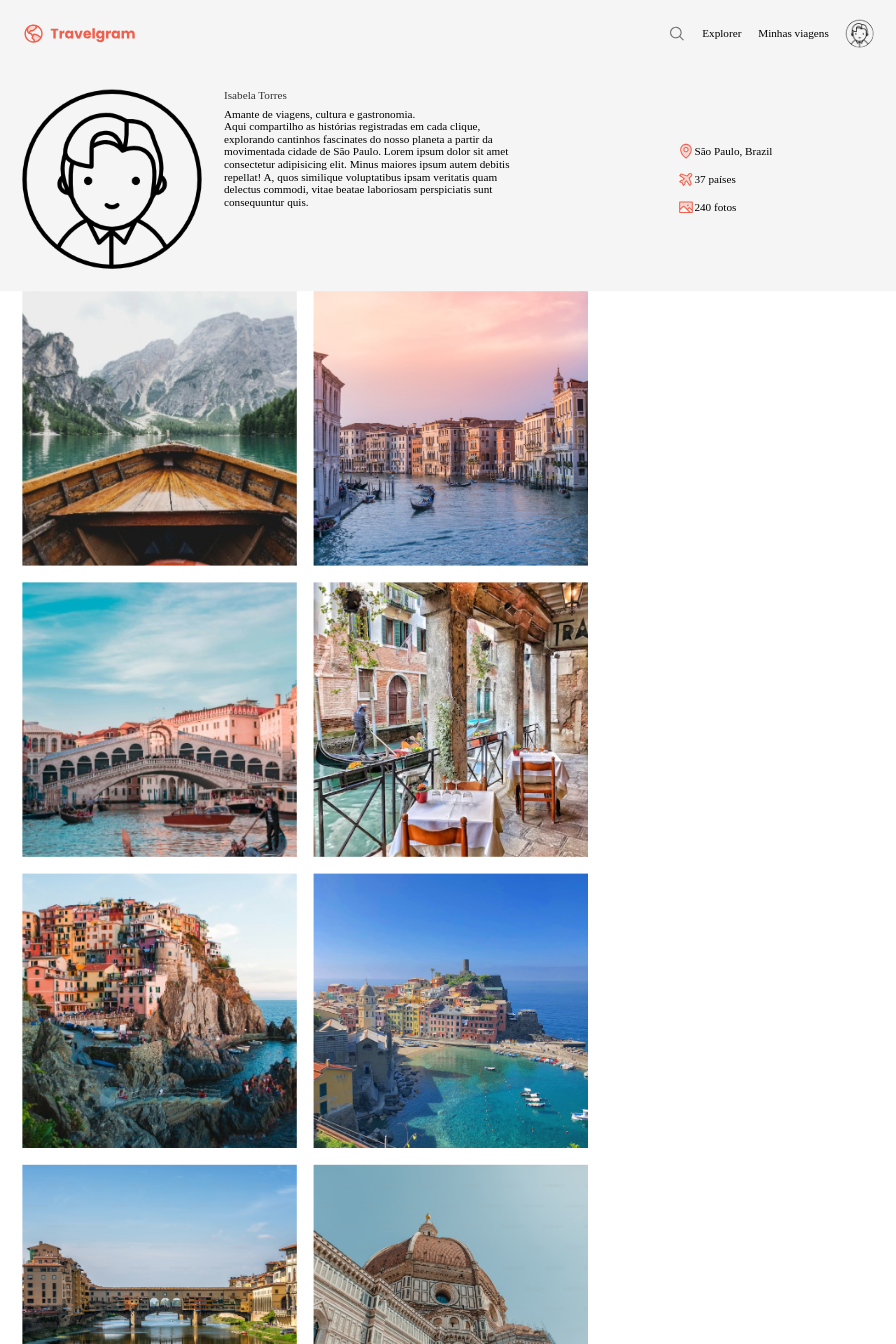
Repository: JeffRodFer/projeto-Travelgran-Rockeseat
Page: index.html
The author's editor kept a copy of each file at every save. The page is drawn from the files as they stood at one save, then again after a run of saves.
The browser window is 1280 px wide. The pictures show the part of the page from y = 0 to 1920 px (the page is 3720 px tall before and 2376 px after), at 70% of full size.

Above is the page before, as saved 2025-03-22 17:03:55.

### index.html
<!DOCTYPE html>
<html lang="pt-br">
    <head>

        <link rel="preconnect" href="https://fonts.googleapis.com">
        <link rel="preconnect" href="https://fonts.gstatic.com" crossorigin>
        <meta charset="UTF-8">
        <meta name="viewport" content="width=device-width, initial-scale=1.0">
        <title>travelgran | Perfil de viagens</title>
        <link rel="stylesheet" href="styles/index.css">
        <link href="https://fonts.googleapis.com/css2?family=Bree+Serif&family=Poppins:wght@400;700&display=swap" rel="stylesheet">

    </head>
    <body>
         <div class="bg-surface-color">
                <nav class="container">
                        <a href="#" id="logo">
                        <img src="assets/Logo.svg" alt="logomarca">
                        </a>
                    <ul id="primary-menu">
                        <li>
                            <a href="#">
                                <img src="assets/icons/MagnifyingGlass.svg" alt="ícone de lupa">
                            </a>
                        </li>
                        <li><a href="#">Explorer</a></li>
                        <li><a href="#">Minhas viagens</a></li>
                        <li><a href="#">
                            <img src="assets/profi-pic-2.png" alt="foto de perfil do boy">
                            </a>
                        </li>
                    </ul
                    </nav>
         </div>
         <div class="bg-surface-color">
                <header>
                    <div class="container">
                        <div id="profile">
                            <img src="assets/profi-pic-2.png" alt="imagem do boy">
                             <div>
                                    <h1>Isabela Torres</h1>
                                    <p>
                                        Amante de viagens, cultura e gastronomia.<br> Aqui compartilho as histórias registradas em cada clique, explorando cantinhos fascinates do nosso planeta a partir da movimentada cidade de São Paulo. Lorem ipsum dolor sit amet consectetur adipisicing elit. Minus maiores ipsum autem debitis repellat! A, quos similique voluptatibus ipsam veritatis quam delectus commodi, vitae beatae laboriosam perspiciatis sunt consequuntur quis.
                                    </p>
                             </div>
                        </div>
                            <ul id="info">
                                <li>
                                    <img src="assets/icons/MapPin.svg" alt="ícone de mapa">
                                    <span>São Paulo, Brazil</span>
                                </li>
                                <li>
                                    <img src="assets/icons/AirplaneTilt.svg" alt="ícone de avião">
                                    <span>37 países</span>
                                </li>
                                <li>
                                    <img src="assets/icons/Image.svg" alt="ícone de fotos">
                                    <span>240 fotos</span>
                                </li>
                            </ul>
                    </div>
                </header>
        </div>
        <main class="container">
            <img src="assets/images/Image 01.png" alt="...">
            <img src="assets/images/Image 02.png" alt="...">
            <img src="assets/images/Image 03.png" alt="...">
            <img src="assets/images/Image 04.png" alt="...">
            <img src="assets/images/Image 05.png" alt="...">
            <img src="assets/images/Image 06.png" alt="...">
            <img src="assets/images/Image 07.png" alt="...">
            <img src="assets/images/Image 08.png" alt="...">
            <img src="assets/images/Image 09.png" alt="...">
            <img src="assets/images/Image 10.png" alt="...">
            <img src="assets/images/Image 11.png" alt="...">
            <img src="assets/images/Image 12.png" alt="...">
            <img src="assets/images/Image 13.png" alt="...">
            <img src="assets/images/Image 14.png" alt="...">
            <img src="assets/images/Image 15.png" alt="...">
        </main>
    </body>


</html>

### styles/global.css
* {
    margin: 0;
    padding: 0;
    box-sizing: border-box;
}
:root {
--brand-color: #ef5f4c;
--background-color: #ffffff;
--surface-color: #f5f5f5;
--skeleton-color: #d9d9d9;
--shape-transparent: #ffffff8f;
--text-color-primary: #313131;
--text-color-secondary: #6c6c6c:

--font-family: "Poppins" , sans-serif;
--text-lg: bold 32px/125% var(--font-family);
--text: 16px/1.5 var(--font-family);
--text-md: 14px/170% var(--font-family);
--text-sm: 12px/170% var(--font-family);

}
body {
    font: var(--text);
    color: var(--text-color-secondary);
    background-color: var(--background-color);
}
a {
    text-decoration: none;
    color: inherit;
}
a:hover {
    color: var(--brand-color);
    text-decoration: underline;
}

.container {
    padding-inline: 32px;
    margin-inline: auto;
}

.bg-surface-color {
    background-color: var(--surface-color);
}

### styles/nav.css
nav {
    display: flex;
    justify-content: space-between;
    align-items: center;

    line-height: 0;
    padding-block: 20px;

}

nav ul {
    display: flex;
    list-style: none;
    align-items: center;
    gap: 24px;

    padding-block: 8px;;
}

nav ul li:last-child img {
    width: 40px;
    height: 40px;
    object-fit: cover;
    border-radius: 50%;
}

### styles/header.css
header {
    padding-block: 32px;

    font: var(--text-md);

}

header .container {
    display: flex;
    justify-content: space-between;
    align-items: center;
}

#profile {
    display: flex;
    gap: 32px;
}

#profile > div {
    max-width: 420px;
}

#profile h1 {
    font: var(--text-lg);
    color: var(--text-color-primary);
    margin-bottom: 8px;
}

#info {
    display: flex;
    flex-direction: column;
    gap: 16px;

    width: 280px;
}
#info li {
    display: flex;
    align-items: center;
}

### styles/main.css
main {
    display: flex;
    flex-wrap: wrap;
    gap: 24px 24px;
}
main img {
    width: 392px;
    height: 392px;
    object-fit: cover;

}

Loaded but not shown: styles/index.css (common file)

After the next 4 saves:
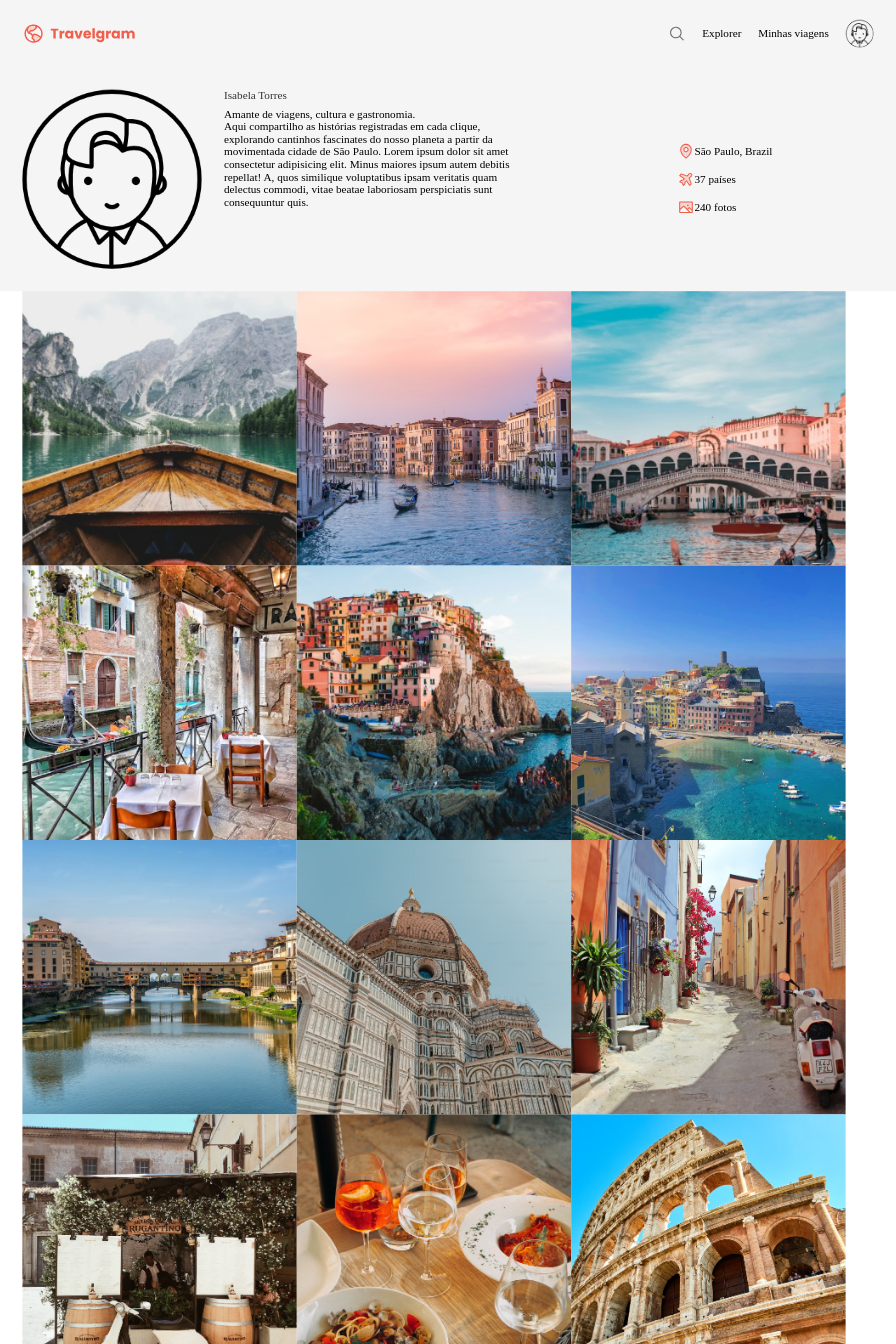
The 4 saves are shown as one change because they came seconds apart.
The last was saved 15 s later.
--- a/styles/main.css
+++ b/styles/main.css
@@ -1,7 +1,7 @@
 main {
     display: flex;
     flex-wrap: wrap;
-    gap: 24px 24px;
+    gap: 24px 24px 24px;
 }
 main img {
     width: 392px;

After the 4 saves that followed:
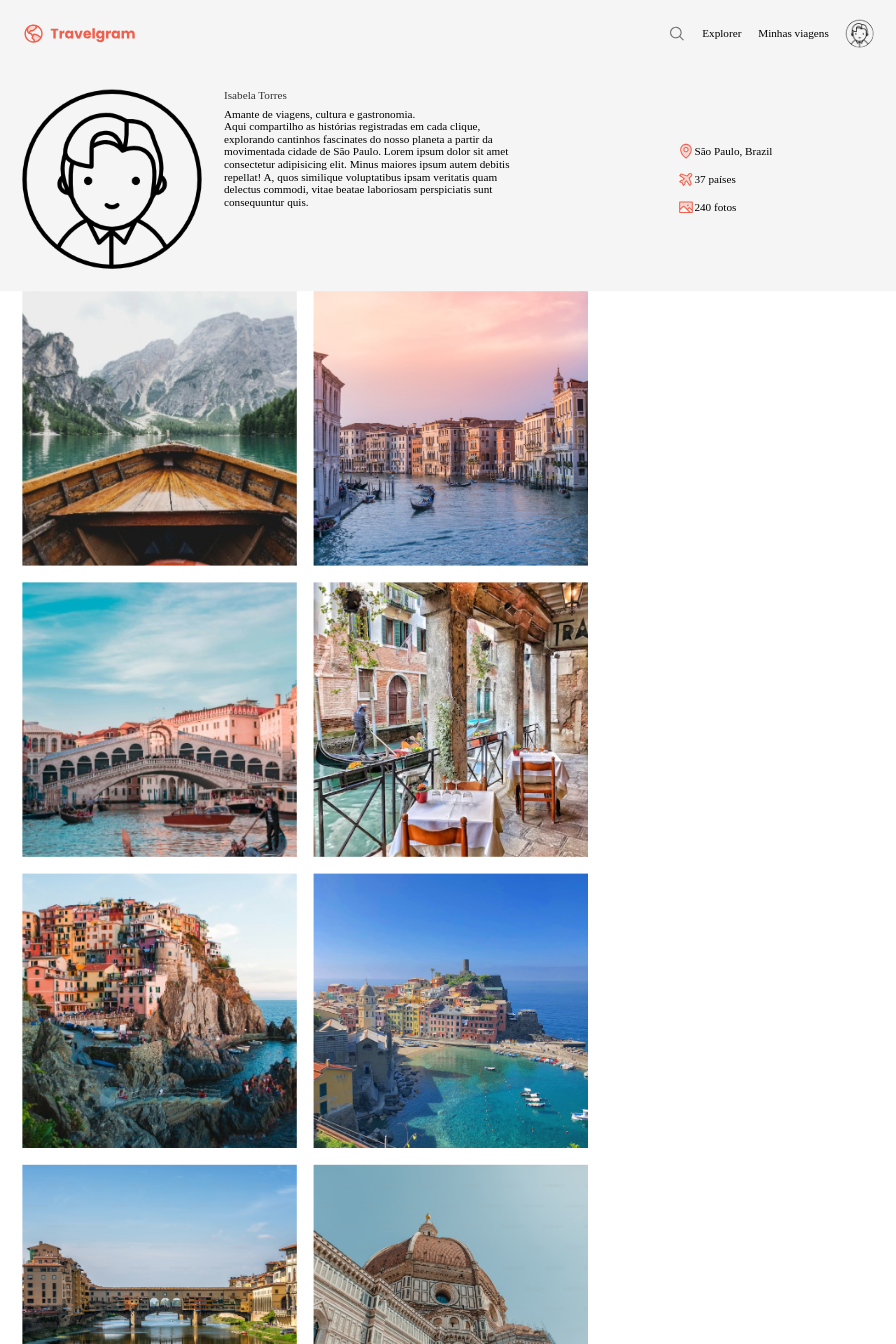
The 4 saves are shown as one change because 2 left the picture as it was and some came seconds apart.
The last was saved 19 s later.
--- a/styles/main.css
+++ b/styles/main.css
@@ -1,7 +1,7 @@
 main {
     display: flex;
     flex-wrap: wrap;
-    gap: 24px 24px 24px;
+    gap: 24px 24px;
 }
 main img {
     width: 392px;
